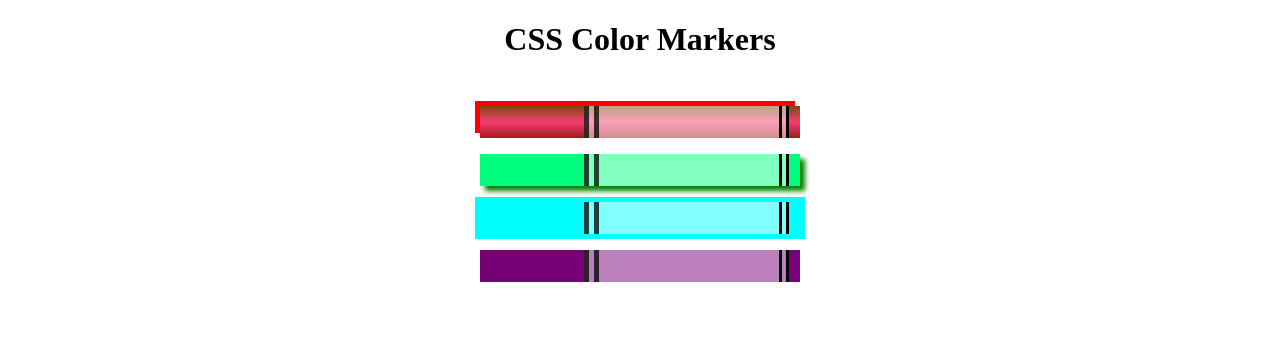
Repository: Lungdjos/color_markers
Page: index.html
These files come from the project's save history. The page is drawn as it stood at one moment and after the next save; the edit follows.
The browser window is 1280 px wide. The pictures show the whole page.

Above is the page before, as saved 2023-09-28 11:39:59.

### index.html
<!DOCTYPE html>
<html lang="en">

<head>
    <meta charset="UTF-8">
    <meta name="viewport" content="width=device-width, initial-scale=1.0">
    <title>Colored Markers</title>
    <link rel="stylesheet" href="styles.css">
</head>

<body>
    <h1>CSS Color Markers</h1>
    <div class="container">
        <div class="marker red">
            <div class="cap"></div>
            <div class="sleeve"></div>
        </div>
        <div class="marker green">
            <div class="cap"></div>
            <div class="sleeve"></div>
        </div>
        <div class="marker cyan">
            <div class="cap"></div>
            <div class="sleeve"></div>
        </div>
        <div class="marker purple">
            <div class="cap"></div>
            <div class="sleeve"></div>
        </div>
    </div>
</body>

</html>

### styles.css
/* STYLING */

h1 {
    text-align: center;
}

.marker {
    /* background-color: red; */
    width: 320px;
    height: 32px;
    margin: 16px auto;
}

.red {
    background: linear-gradient(rgb(122, 74, 14), rgb(245, 62, 113), rgb(162, 27, 27));
    box-shadow: -5px -5px red;
}

.green {
    background-color: rgb(0, 255, 127);
    box-shadow: 5px 5px 5px green;
}

.cyan {
    background-color: #00ffff;
    box-shadow: 0px 0px 0px 5px cyan;
}

.purple {
    background-color: #707;
}

.container {
    background-color: hsl(255, 100%, 100%);
    margin: auto;
    padding: 10px 0px;
}

.sleeve {
    width: 180px;
    height: 32px;
    background-color: rgba(255, 255, 255, 0.5);
    border-left: 15px double rgba(0, 0, 0, 0.75);
    border-right: 10px double black;
}

.cap {
    width: 100px;
    height: 32px;
}

.cap,
.sleeve {
    display: inline-block;
}

After the next save:
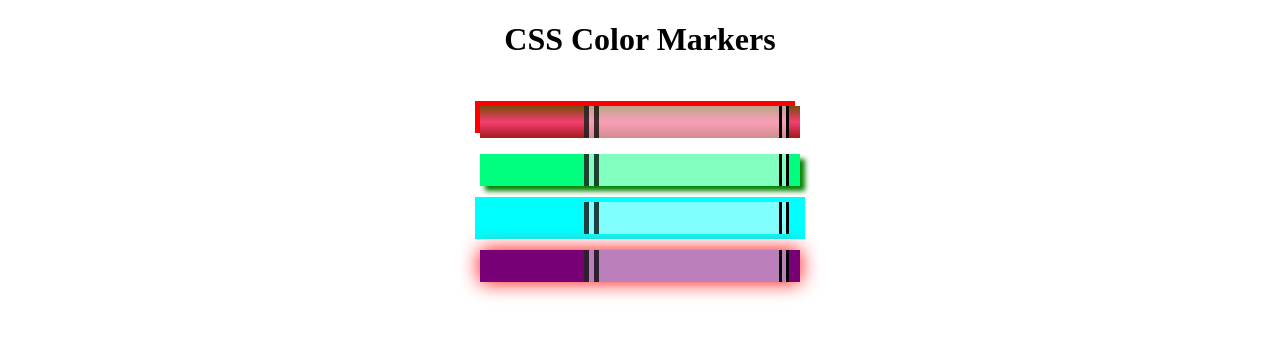
Saved 118 s later.
--- a/styles.css
+++ b/styles.css
@@ -28,6 +28,7 @@
 
 .purple {
     background-color: #707;
+    box-shadow: 0px 0px 20px 0px red;
 }
 
 .container {

After the save that followed:
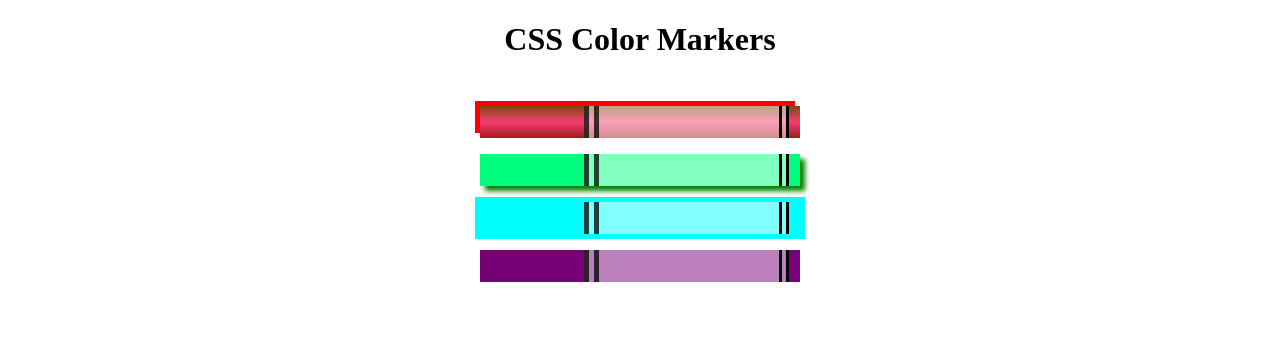
Saved 4 s later.
--- a/styles.css
+++ b/styles.css
@@ -28,7 +28,7 @@
 
 .purple {
     background-color: #707;
-    box-shadow: 0px 0px 20px 0px red;
+    box-shadow: 0px 0px 20px 0px pur;
 }
 
 .container {
